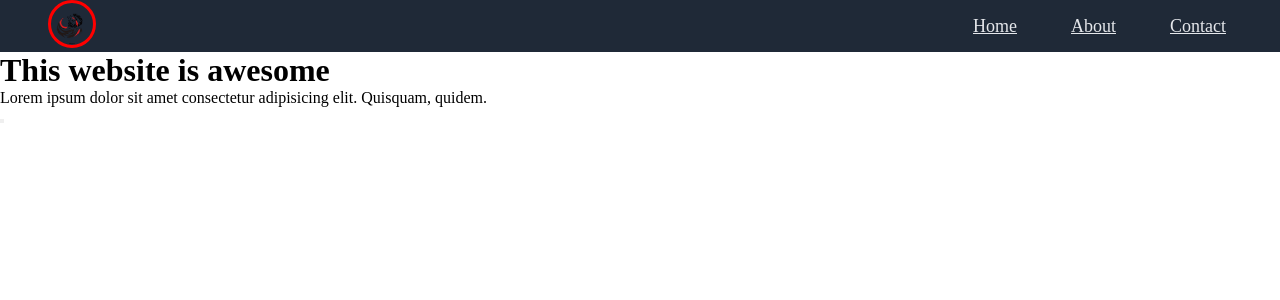
Repository: dung8466/Landing_Page
Page: index.html
An editor plug-in stored every save of this project. The page is shown before and after the next save, followed by the edit.
The browser window is 1280 px wide. The pictures show the whole page.

Above is the page before, as saved 2022-06-30 17:01:16.

After the next save:
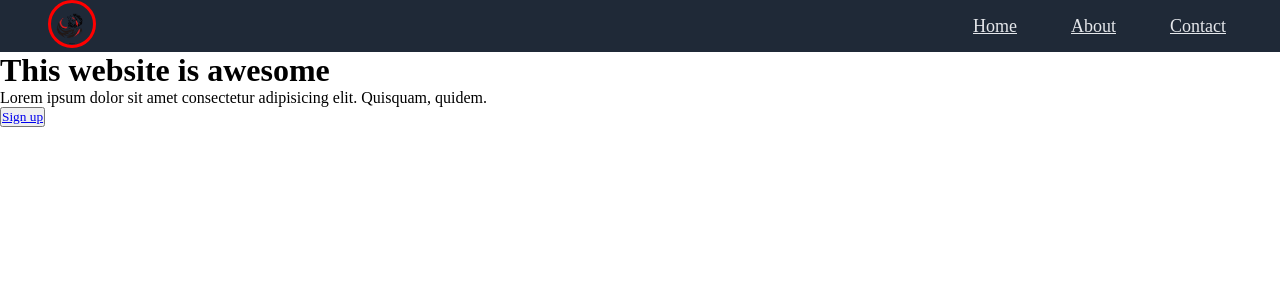
Saved 24 s later.
--- a/index.html
+++ b/index.html
@@ -30,7 +30,7 @@
                 Lorem ipsum dolor sit amet consectetur adipisicing elit. Quisquam, quidem.
             </p>
             <button>
-
+                <a href="about.html">Sign up</a>
             </button>
         </div>
     </div>
